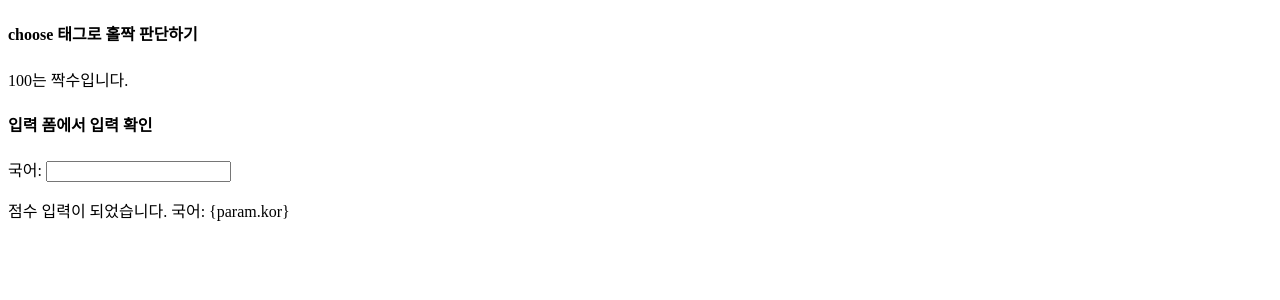
Repository: ahwaboin3/eclipse-workspace-jsp
Page: http://localhost/MustHaveJSP/JSTL/Choose.jsp
The author's editor kept a copy of each file at every save. The page is drawn from the files as they stood at one save, then again after the next save.
The browser window is 1280 px wide. The pictures show the whole page.
The page is served by Tomcat 10. Other server files are loaded and not shown.

Above is the page before, as saved 2025-05-23 00:37:34.

### MustHaveJSP/src/main/webapp/JSTL/Choose.jsp
<%@ page language="java" contentType="text/html; charset=UTF-8"
    pageEncoding="UTF-8"%>
<%@ taglib prefix="c" uri="jakarta.tags.core" %>
<!DOCTYPE html>
<html>
<head>
<meta charset="UTF-8">
<title>Insert title here</title>
<!-- webapp/JSTL/Choose.jsp -->
</head>
<body>
<%/*
<c:choose> 태그 다중 조건
<c:choose>
	<c:when test="조건1">조건 1을 만족하는 경우</c:when>
	<c:when test="조건2">조건 2을 만족하는 경우</c:when>
	<c:otherwise>아무 조건도 만족하지 않는 경우</c:otherwise>
</c:choose>
</
*/%>
<!-- 변수 선언 -->
<c:set var="number" value="100" />

<h4>choose 태그로 홀짝 판단하기</h4>
<c:choose>
	<c:when test="${number%2==0 }">
		${number }는 짝수입니다.
	</c:when>
	<c:otherwise>
		${number }는 홀수입니다.
	</c:otherwise>
</c:choose>
<h4>입력 폼에서 입력 확인</h4>
<form>
	<div>
		<label>국어:</label>
		<input type="text" name="kor" />
	</div>
	<div>
	</div>
</form>
<!-- 입력폼에 입력이 됐는지 확인 -->
<c:if test="${param.kor.length()!=0 }">
	<p>점수 입력이 되었습니다. 국어: {param.kor}</p>
</c:if>
</body>
</html>

After the next save:
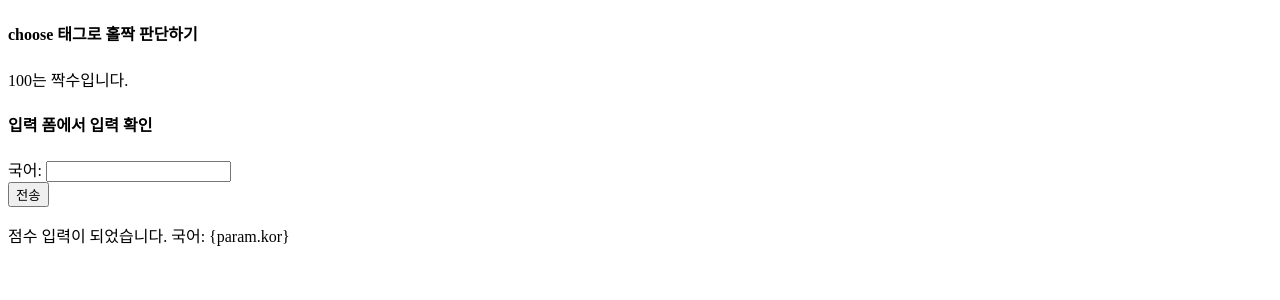
Saved 25 s later.
--- a/MustHaveJSP/src/main/webapp/JSTL/Choose.jsp
+++ b/MustHaveJSP/src/main/webapp/JSTL/Choose.jsp
@@ -37,6 +37,7 @@
 		<input type="text" name="kor" />
 	</div>
 	<div>
+		<input type="submit" value="전송" />
 	</div>
 </form>
 <!-- 입력폼에 입력이 됐는지 확인 -->
